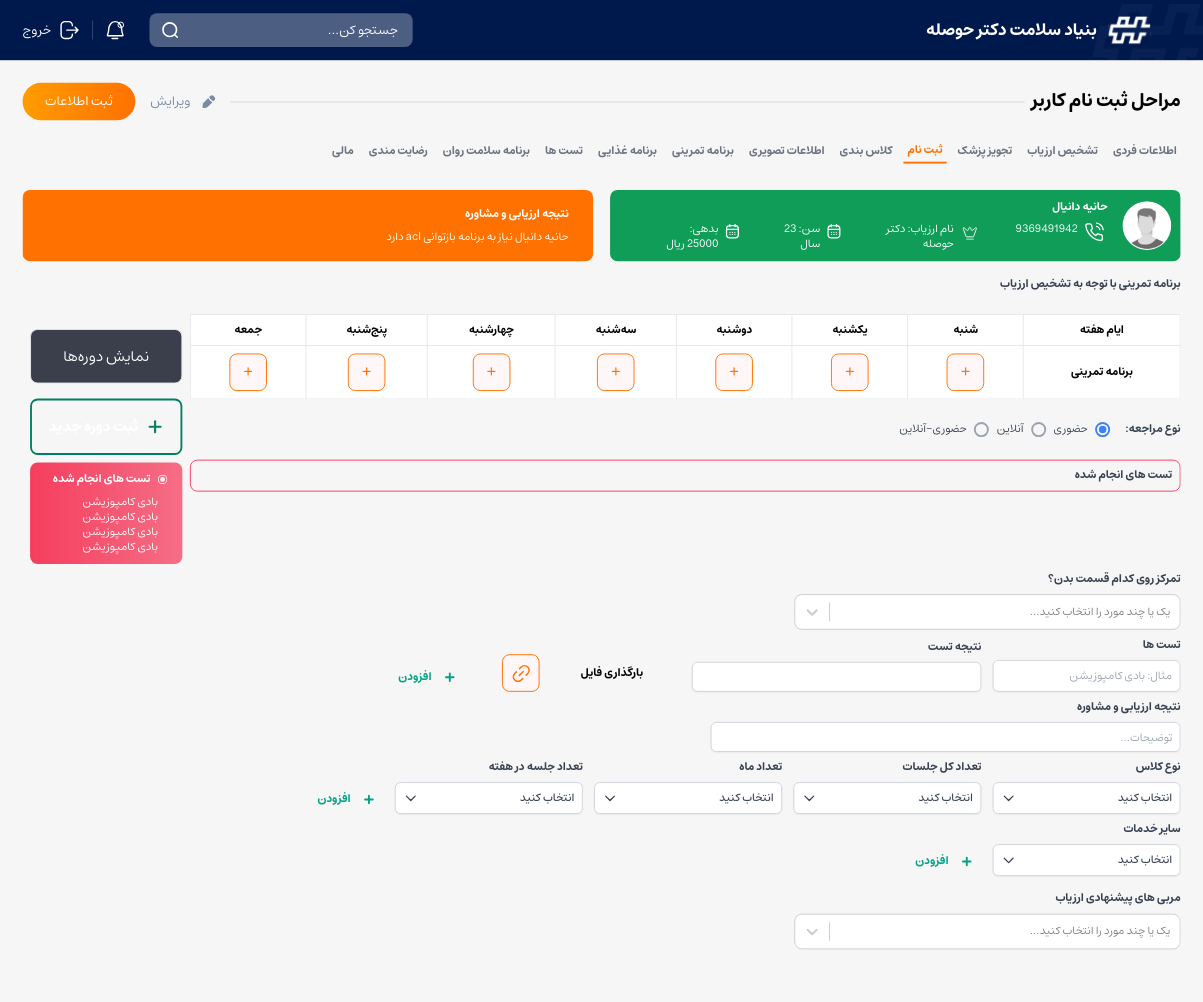
Repository: mirnajafi/ERP_hoseleh_V1.0
Page: /register, after clicking the first element matching `div.flex > :nth-child(4)`
An editor plug-in stored every save of this project. The page is shown before and after a run of saves, followed by the edit.
The browser window is 1280 px wide. The pictures show the whole page, at 94% of full size.
Some web fonts or font styles are not loaded; a fallback is used. The project was rebuilt for these pictures with package versions that can differ from the ones it lists, and the page was loaded fresh each time. The framework's server and built-in components were replaced by stand-ins that run in the browser. Also part of the build but not shown: next.config.mjs, src/components/icons/trash.tsx, src/components/weekTable/weekTable.css, src/components/icons/copy.tsx, src/components/recognitionEvaluator/recognitionEvaluator.tsx.

Above is the page before, as saved 2025-02-28 23:49:39.

### src/app/layout.tsx
/* eslint-disable @next/next/no-img-element */
import type { Metadata } from "next";
import Header from "@/components/layout/Header";
import "@/app/globals.css";


export const metadata: Metadata = {
  title: "دکتر حوصله",
  description: "بنیاد سلامت دکتر حوصله",
};

export default function RootLayout({ children }: { children: React.ReactNode }) {
  return (
    <html lang="fa" dir="rtl">
      <body className="bg-dashboard-bg min-h-screen">
        {/* Header includes SidebarToggle, so no need to add Sidebar separately */}
        <Header />
        {/* Main Content Area */}
        <main className="transition-all duration-300 mt-16 p-6">
          {children}
        </main>

      </body>
    </html>
  );
}

### src/app/globals.css
@tailwind base;
@tailwind components;
@tailwind utilities;

@font-face {
  font-family: 'Estedad';
  src: url('/fonts/Estedad-Regular.woff2') format('woff2');
  font-weight: normal;
  font-style: normal;
  font-display: swap;
}

@font-face {
  font-family: 'Estedad';
  src: url('/fonts/Estedad-Bold.woff2') format('woff2');
  font-weight: bold;
  font-style: normal;
  font-display: swap;
}

@font-face {
  font-family: 'Estedad';
  src: url('/fonts/Estedad-Medium.woff2') format('woff2');
  font-weight: 500;
  font-style: normal;
  font-display: swap;
}

@font-face {
  font-family: 'Estedad';
  src: url('/fonts/Light.woff2') format('woff2');
  font-weight: 400;
  font-style: normal;
  font-display: swap;
}

@layer base {
  html {
    font-family: 'Estedad'
  }
}

### src/components/formTab/formTab.tsx
import { useState } from "react";

interface Tab {
  label: string;
  content: React.ReactNode;
}

interface TabsProps {
  tabs: Tab[];
  defaultIndex?: number;
}

const Tabs: React.FC<TabsProps> = ({ tabs, defaultIndex = 0 }) => {
  const [activeIndex, setActiveIndex] = useState(defaultIndex);

  return (
    <div className="w-full overflow-hidden">
      <div className="flex py-3 overflow-x-auto whitespace-nowrap">
        {tabs.map((tab, index) => (
          <button
            key={index}
            className={`ml-2 p-1 text-nowrap text-xs font-bold text-sm focus:outline-none ${activeIndex === index
                ? "border-b-2 border-[#FF7101] text-[#FF7101]"
                : "text-gray-500 hover:text-[#FF7101]"
              }`}
            onClick={() => setActiveIndex(index)}
          >
            {tab.label}
          </button>
        ))}
      </div>

      <div className="py-4">{tabs[activeIndex].content}</div>
    </div>
  );
};

export default Tabs;

### src/components/registration/registration.tsx
import Select from "react-select/base";
import WeekTable from "../weekTable/weekTable";
import TransparentBtn from "../transparentBtn/transparentBtn";
import Dropdown from "../dropdown/dropdown";
import InputDescription from "../inputDescription/inputDescription";
import FileUploader from "../fileUploader/fileUploader";
import Input from "../input/input";
import InformationUserBox from "../informationUserBox/informationUserBox";
import { useState } from "react";
import ResultBox from "../resultBox/resultBox";
import PlusIcon from "../icons/plus";
import LeftSideBox from "../leftSideBox/leftSideBox";
import RadioButton from "../radioBtn/radioBtn";

const Registration = () => {

    const [selectedOptions, setSelectedOptions] = useState([]);


    const handleSelect = (option: string) => {
        console.log("انتخاب شده:", option);
    };
    const handleFileUpload = (files: File[]) => {
        console.log("فایل‌های آپلود شده:", files);
    };

    const [selected, setSelected] = useState<string>("option1");


    const [selectedDay, setSelectedDay] = useState<string>("");

    const handleDaySelect = (day: string) => {
        setSelectedDay(day);
    };

    return (
        <div>
            <div className="w-full flex flex-row">
                <InformationUserBox name="حانیه دانیال" age="23" phoneNumber={'9369491942'} evaluator="دکتر حوصله" debt="25000" imageSrc="/images/defaultUser.png" className="w-1/2 lg:ml-2" />
                <ResultBox resultText={"حانیه دانیال نیاز به برنامه بازتوانی acl دارد"} className="w-1/2 lg:mr-2" />
            </div>



            <div className="flex flex-row  my-4 items-center">
                <label className="mb-2 text-xs font-bold text-gray-700 ml-2">برنامه تمرینی با توجه به تشخیص ارزیاب</label>

            </div>

            <div className="w-full flex flex-row">

                <div className="w-full flex flex-col">
                    <WeekTable
                        apiUrl="https://api.majidvalizadeh.com/jalali/next7"
                        selectedDay={selectedDay}
                        onDaySelect={handleDaySelect}
                    />
                    <div className="flex flex-row my-4">
                        <label className="my-2 text-xs font-bold text-gray-700 ml-4">نوع مراجعه:</label>
                        <RadioButton
                            label="حضوری"
                            name="options"
                            value="option1"
                            checked={selected === "option1"}
                            onChange={setSelected}
                        />
                        <RadioButton
                            label="آنلاین"
                            name="options"
                            value="option2"
                            checked={selected === "option2"}
                            onChange={setSelected}
                        />
                        <RadioButton
                            label="حضوری-آنلاین"
                            name="options"
                            value="option3"
                            checked={selected === "option3"}
                            onChange={setSelected}
                        />
                    </div>


                    <div className="w-full xl:py-2 my-0  flex flex-col  border border-[#F53E5E] rounded-[8px] p-[8px]">
                        <label className="text-xs font-bold text-gray-700 ml-4">تست های انجام شده</label>

                      <div className=""></div>
                    </div>
                </div>

                <div className="w-1/6 p-2 flex flex-col">
                    <button className="bg-[#3B3E4B] text-white p-4 w-full border rounded-[8px] my-2">نمایش دوره‌ها</button>
                    <button className="bg-transparent text-[#007F63] text-white p-4 w-full border-2 border-[#007F63] rounded-[8px] flex items-center justify-center font-bold my-2"><PlusIcon width={20} height={20} /> ثبت دوره جدید</button>
                    <LeftSideBox title={"تست های انجام شده"} test1={"بادی کامپوزیشن"} />
                </div>
            </div>


            <div className="flex flex-col  w-ful xl:w-1/3">
                <label className="mb-2 text-xs font-bold text-gray-700">تمرکز روی کدام قسمت بدن؟</label>
                <Select
                    isMulti
                    options={[
                        { value: "apple", label: "سیب" },
                        { value: "banana", label: "موز" },
                        { value: "orange", label: "پرتقال" },
                        { value: "grape", label: "انگور" },
                        { value: "watermelon", label: "هندوانه" },
                    ]}
                    value={selectedOptions}
                    onChange={setSelectedOptions}
                    placeholder="یک یا چند مورد را انتخاب کنید..."
                    noOptionsMessage={() => "موردی یافت نشد"}
                    isClearable
                    isSearchable
                    className="text-xs "
                    styles={{
                        control: (base) => ({
                            ...base,
                            borderRadius: "8px",
                            borderColor: "#ccc",
                            boxShadow: "none",
                            "&:hover": { borderColor: "#888" },
                        }),
                    }}
                />
            </div>
            <div className="flex flex-col xl:flex-row w-full xl:items-end xl:justify-right ">
                <Input
                    label="تست ها"
                    type="text"
                    value={''}
                    onChange={() => { }}
                    placeholder="مثال: بادی کامپوزیشن "
                />
                <InputDescription
                    label="نتیجه تست"
                    value={''}
                    placeholder=""
                    className="xl:w-1/4 max-w-[500px]"
                />

                <FileUploader onFileUpload={handleFileUpload} accept="image/*" multiple />
                <TransparentBtn label='افزودن' />
            </div>
            <div className="flex flex-col xl:flex-row w-full xl:items-end xl:justify-right ">

                <InputDescription
                    label="نتیجه ارزیابی و مشاوره"
                    value={''}
                    placeholder="توضیحات..."
                    className="xl:w-1/2 max-w-[500px]"
                    height="h-24"
                />

            </div>

            <div className="flex flex-col xl:flex-row w-full xl:items-end xl:justify-right ">
                <Dropdown
                    label="نوع کلاس"
                    options={["گزینه 1", "گزینه 2", "گزینه 3"]}
                    onSelect={handleSelect}
                />
                <Dropdown
                    label="تعداد کل جلسات"
                    options={["گزینه 1", "گزینه 2", "گزینه 3"]}
                    onSelect={handleSelect}
                />
                <Dropdown
                    label="تعداد ماه"
                    options={["گزینه 1", "گزینه 2", "گزینه 3"]}
                    onSelect={handleSelect}
                />
                <Dropdown
                    label="تعداد جلسه در هفته"
                    options={["گزینه 1", "گزینه 2", "گزینه 3"]}
                    onSelect={handleSelect}
                />
                <TransparentBtn label='افزودن' />

            </div>
            <div className="flex flex-col xl:flex-row w-full xl:items-end xl:justify-right ">
                <Dropdown
                    label="سایر خدمات"
                    options={["گزینه 1", "گزینه 2", "گزینه 3"]}
                    onSelect={handleSelect}
                />
                <TransparentBtn label='افزودن' />

            </div>
            <div className="flex flex-col  w-ful xl:w-1/3 my-4">
                <label className="mb-2 text-xs font-bold text-gray-700">مربی های پیشنهادی ارزیاب</label>
                <Select
                    isMulti
                    options={[
                        { value: "apple", label: "سیب" },
                        { value: "banana", label: "موز" },
                        { value: "orange", label: "پرتقال" },
                        { value: "grape", label: "انگور" },
                        { value: "watermelon", label: "هندوانه" },
                    ]}
                    value={selectedOptions}
                    onChange={setSelectedOptions}
                    placeholder="یک یا چند مورد را انتخاب کنید..."
                    noOptionsMessage={() => "موردی یافت نشد"}
                    isClearable
                    isSearchable
                    className="text-xs "
                    styles={{
                        control: (base) => ({
                            ...base,
                            borderRadius: "8px",
                            borderColor: "#ccc",
                            boxShadow: "none",
                            "&:hover": { borderColor: "#888" },
                        }),
                    }}
                />
            </div>


        </div>
    )

}
export default Registration;

### src/components/SearchInput/SearchInput.tsx
/* eslint-disable @next/next/no-img-element */
"use client";

interface SearchInputProps {
  placeholder?: string;
  className?: string;
}

export default function SearchInput({ placeholder = "جستجو کن...", className = "" }: SearchInputProps) {
  return (
    <div className="relative w-[280px]">
      <input
        type="text"
        placeholder={placeholder}
        className={`w-full h-9 bg-white bg-opacity-30 rounded-lg px-4 text-white placeholder:text-white text-sm focus:outline-none ${className}`}
      />
      <img
        src="/icons/left-icon.svg"
        alt="search"
        className="absolute left-2 top-1/2 -translate-y-1/2 w-7 h-7 brightness-0 invert"
      />
    </div>
  );
}

### src/components/formHeader/formHeader.css
.customeGradient{
    background: linear-gradient(270deg, #FF7101 0%, #FF9C00 100%);
    color: white;
    border-radius: 50px;
    padding:  10px 24px;
}

### src/components/transparentBtn/transparentBtn.tsx
'use client'; // اضافه کردن این خط برای فعال کردن کامپوننت در Client-side

import React from "react";

interface BtnProps {
    label: string;
}

const TransparentBtn: React.FC<BtnProps> = ({ label }) => {

    return (
        <div className="w-250px text-[#01A384] h-full flex xl:items-center xl:justify-center">
            <button className="flex flex-row p-2  h-full flex items-center justify-center font-bold text-xs
">
                <svg width="15" height="15" viewBox="0 0 14 15" fill="none" xmlns="http://www.w3.org/2000/svg" className="ml-3">
                    <path d="M7 3.41666V11.5833" stroke="#01A384" stroke-width="2" stroke-linecap="round" stroke-linejoin="round" />
                    <path d="M2.91602 7.5H11.0827" stroke="#01A384" stroke-width="2" stroke-linecap="round" stroke-linejoin="round" />
                </svg>
                {label}
            </button>
        </div>
    );
};

export default TransparentBtn;

### src/components/inputDescription/inputDescription.tsx
'use client';  // اضافه کردن این خط برای فعال کردن کامپوننت در Client-side

import React from "react";

interface InputProps {
  label: string;
  value: string;
  placeholder?: string;
  required?: boolean;
  className?: string;
  height?:string;
}

const InputDescription: React.FC<InputProps> = ({
  label,
  value,
  placeholder,
  required = false,
  className = "",
  height
}) => {
  return (
    <div className={`w-full xl:w-1/2 ml-3 max-w-[500px] ${className}`}>
      <label className="block text-xs text-gray-700 mb-2 mt-4 xl:my-2 font-bold font-bold">{label}</label>

      <textarea
        value={value}
        placeholder={placeholder}
        required={required}
        className={`block w-full h-8 ${height} p-2 resize-none max-w-200 overflow-hidden text-xs border border-gray-300 rounded-md shadow-sm focus:outline-none focus:ring-2 focus:ring-indigo-500 focus:border-indigo-500`}
      />
    </div>
  );
};

export default InputDescription;

### src/components/resultBox/resultBox.tsx
'use client';

import React from "react";
import './resultBox.css';


interface ResultBoxProps {
    resultText: string;
    className?: string;
}

const ResultBox: React.FC<ResultBoxProps> = ({
    resultText,
    className
}) => {
    return (
        <div className={`w-full flex flex-col lg:flex-row containResultBox text-xs ${className}`}>
            <div className="flex flex-col mr-4">
                <div className="font-bold">نتیجه ارزیابی و مشاوره</div>
                <div className="flex flex-col justify-center items-start lg:flex-row mt-2">
                    <span className="ml-10 flex flex-row-reverse">{resultText}</span>
                </div>
            </div>
        </div>
    );
};

export default ResultBox;

### src/components/icons/plus.tsx
'use client';

import React from "react";

interface IconProps {
    width?: number;
    height?: number;
    color?: string;
}

const PlusIcon: React.FC<IconProps> = ({ width, height }) => {
    return (
        <svg width={width} height={height} viewBox="0 0 36 36" fill="none" className="ml-2" xmlns="http://www.w3.org/2000/svg">
        <path d="M18 7.5V28.5" stroke="#007F63" stroke-width="4" stroke-linecap="round" stroke-linejoin="round"/>
        <path d="M7.5 18H28.5" stroke="#007F63" stroke-width="4" stroke-linecap="round" stroke-linejoin="round"/>
        </svg>


    );
};

export default PlusIcon;

### src/components/radioBtn/radioBtn.tsx
import React from "react";

interface RadioButtonProps {
  label: string;
  name: string;
  value: string;
  checked: boolean;
  onChange: (value: string) => void;
}

const RadioButton: React.FC<RadioButtonProps> = ({ label, name, value, checked, onChange }) => {
  return (
    <label className="flex items-center space-x-2 cursor-pointer text-xs">
      <input
        type="radio"
        name={name}
        value={value}
        checked={checked}
        onChange={() => onChange(value)}
        className="hidden"
      />
      <div
        className={`w-4 h-4 rounded-full border-2 ${
          checked ? "border-blue-500" : "border-gray-400"
        } flex items-center justify-center transition-all`}
      >
        {checked && <div className="w-2 h-2 bg-blue-500 rounded-full" />}
      </div>
      <span className="text-gray-700">{label}</span>
    </label>
  );
};

export default RadioButton;

### src/components/icons/uploader.tsx
'use client';

import React from "react";

interface IconProps {
    width?: number;
    height?: number;
    color?: string;
}

const UploaderIcon: React.FC<IconProps> = ({ width, height }) => {
    return (<svg width={width} height={height} viewBox="0 0 24 24" fill="none" xmlns="http://www.w3.org/2000/svg">
        <path d="M14.1211 9.87866L9.87845 14.1213" stroke="#FF7101" stroke-width="1.5" stroke-linecap="round" />
        <path d="M10.334 7.00003L12.0006 5.33336C13.8416 3.49239 16.8264 3.49239 18.6673 5.33335V5.33335C20.5083 7.17431 20.5083 10.1591 18.6673 12.0001L17.0007 13.6667" stroke="#FF7101" stroke-width="1.5" stroke-linecap="round" />
        <path d="M13.666 17L11.9994 18.6666C10.1584 20.5076 7.17362 20.5076 5.33266 18.6666V18.6666C3.4917 16.8257 3.4917 13.8409 5.33266 11.9999L6.99934 10.3333" stroke="#FF7101" stroke-width="1.5" stroke-linecap="round" />
    </svg>
    );
};

export default UploaderIcon;

### src/components/informationUserBox/informationUserBox.css
.containInfoBox {
  background: #0f9d58;
  color: white;
  justify-content: right;
  align-items: center;
  padding: 10px;
  border-radius: 8px;
}
.imageUser {
  border-radius: 100%;
}

### src/components/resultBox/resultBox.css
.containResultBox {
  background: #FF7101;
  color: white;
  justify-content: right;
  align-items: center;
  padding: 10px;
  border-radius: 8px;
  margin-right: 10px;
}

### src/components/leftSideBox/leftSideBox.css
.containLeftSideBox {
  background: linear-gradient(270deg, #F56E86 0%, #F53E5E 100%);
  color: white;
  justify-content: right;
  align-items: center;
  padding: 10px;
  border-radius: 8px;
}
.special-margin{
  margin-right: -10px;
}

### src/components/icons/circle.tsx

'use client';

import React from "react";

interface IconProps {
    width?: number;
    height?: number;
    color?: string;
}

const CircleIcon: React.FC<IconProps> = ({ width = 21, height = 22 }) => {
    return (
        <svg width={width} height={height} viewBox="0 0 12 12" className="ml-2" fill="none" xmlns="http://www.w3.org/2000/svg">
            <rect width="12" height="12" rx="6" fill="white" />
            <rect x="2" y="2" width="8" height="8" rx="4" fill="white" />
            <rect x="2" y="2" width="8" height="8" rx="4" stroke="#F56B84" stroke-width="2" />
        </svg>

    );
};

export default CircleIcon;

### tailwind.config.ts
import type { Config } from "tailwindcss";

const config: Config = {
  content: [
    "./src/pages/**/*.{js,ts,jsx,tsx,mdx}",
    "./src/components/**/*.{js,ts,jsx,tsx,mdx}",
    "./src/containers/**/*.{js,ts,jsx,tsx,mdx}",
    "./src/app/**/*.{js,ts,jsx,tsx,mdx}",
  ],
  theme: {
    extend: {
      colors: {
        "deep-blue": "#1E3A8A",
        "green": "#8BC34A",
        "orange": "#F97316",
        "red": "#E02D40",
        "yellow": "#FBBF24",
        background: "var(--background)",
        foreground: "var(--foreground)",
        secondry: {
          blue: {
            900: "#00194D",
          },
        },
        primery: {
          600: "#FF7101"
        },
        dashboard: {
          bg: "#F6F6F6"
        }
      },
    },
  },
  plugins: [],
};
export default config;

Loaded but not shown: src/components/personalInfo/personalInfo.tsx (302 lines, source omitted); src/components/weekTable/weekTable.tsx (87 lines, source omitted); src/components/dropdown/dropdown.tsx (69 lines, source omitted); src/components/icons/evaluator.tsx (26 lines, source omitted); src/components/inputDate/inputDate.tsx (67 lines, source omitted); src/components/informationUserBox/informationUserBox.tsx (61 lines, source omitted); src/components/icons/calendar.tsx (35 lines, source omitted); src/components/icons/phoneNumber.tsx (20 lines, source omitted); src/components/formHeader/formHeader.tsx (32 lines, source omitted); src/components/fileUploader/fileUploader.tsx (54 lines, source omitted); src/components/layout/Header.tsx (44 lines, source omitted); src/app/register/page.tsx (48 lines, source omitted); src/components/leftSideBox/leftSideBox.tsx (35 lines, source omitted); src/components/input/input.tsx (40 lines, source omitted)

After the next 3 saves:
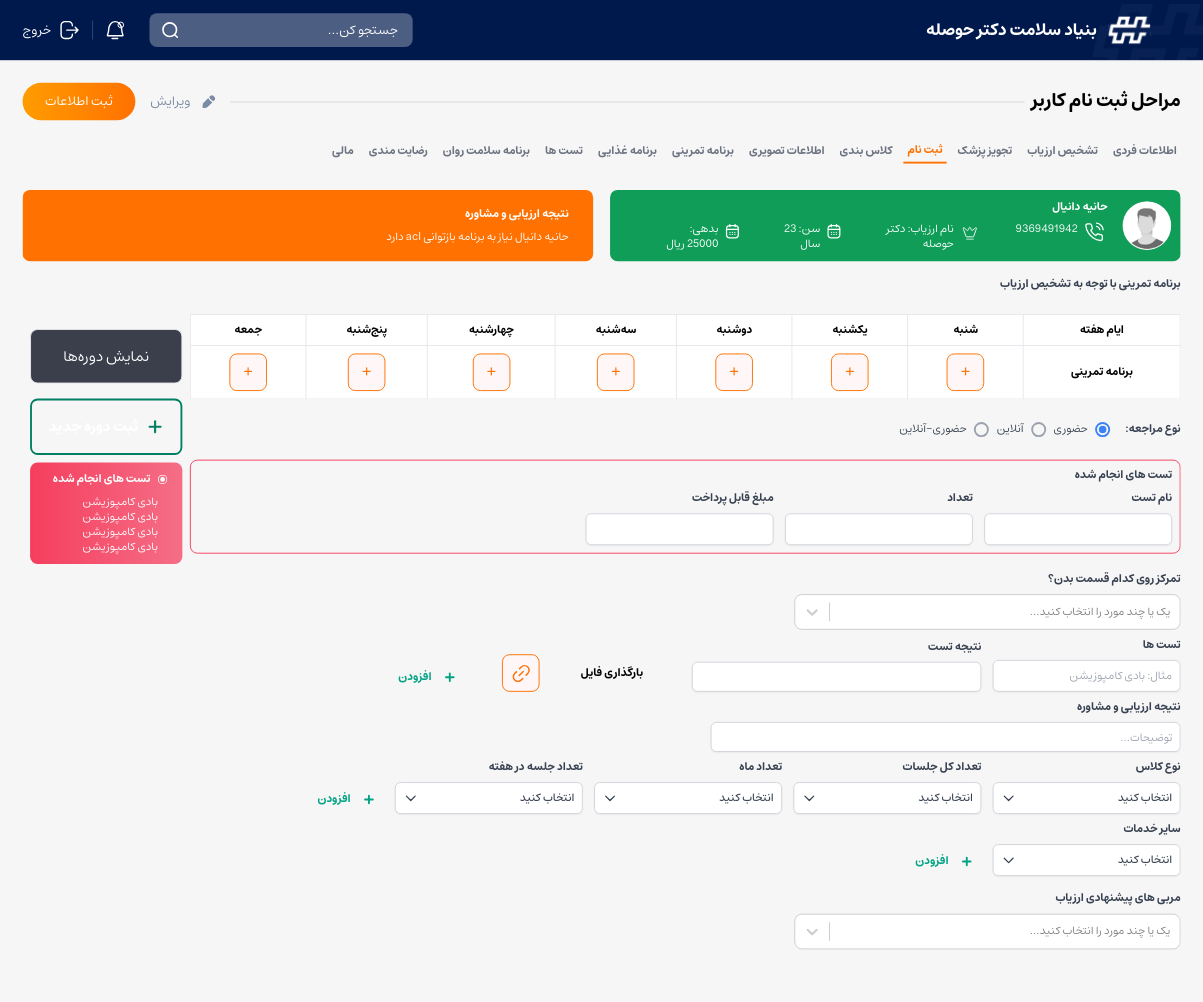
The 3 saves are shown as one change because they came seconds apart.
The last was saved 8 s later.
--- a/src/components/registration/registration.tsx
+++ b/src/components/registration/registration.tsx
@@ -84,7 +84,30 @@ const Registration = () => {
                     <div className="w-full xl:py-2 my-0  flex flex-col  border border-[#F53E5E] rounded-[8px] p-[8px]">
                         <label className="text-xs font-bold text-gray-700 ml-4">تست های انجام شده</label>
 
-                      <div className=""></div>
+                        <div className="flex flex-row">
+                            <Input
+                                label="نام تست"
+                                type="text"
+                                value={''}
+                                onChange={() => { }}
+                                placeholder=""
+                            />
+                            <Input
+                                label="تعداد "
+                                type="text"
+                                value={''}
+                                onChange={() => { }}
+                                placeholder=""
+                            />
+
+                            <Input
+                                label="مبلغ قابل پرداخت"
+                                type="text"
+                                value={''}
+                                onChange={() => { }}
+                                placeholder=""
+                            />
+                        </div>
                     </div>
                 </div>
 
